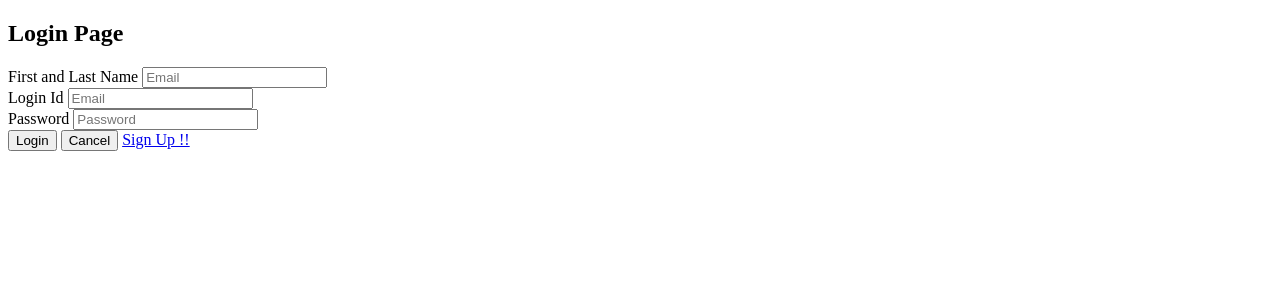
Repository: Niket-mishra/Dummy
Page: http://localhost/Mini-Project/SignUp.jsp
The author's editor kept a copy of each file at every save. The page is drawn from the files as they stood at one save, then again after the next save.
The browser window is 1280 px wide. The pictures show the whole page.
The page is served by Tomcat 10. Other server files are loaded and not shown.

Above is the page before, as saved 2024-05-07 16:24:21.

### Mini-Project/src/main/webapp/SignUp.jsp
<%@ page language="java" contentType="text/html; charset=ISO-8859-1"
    pageEncoding="ISO-8859-1"%>
<!DOCTYPE html>
<html>
<head>
<meta charset="ISO-8859-1">
<title>Customer SignUp</title>
</head>
<body class = "bg-light">
<div class="position-absolute top-50 start-50 translate-middle  p-4 mb-5 rounded shadow-lg bg-white">
<h2 class ="mb-4 fst-italic text-primary">Login Page</h2>
<form action="LoginController">
<div class="input-group mb-3">
  <span class="input-group-text">First and Last Name</span>
  <input type="email" aria-label="text" class="form-control" placeholder="Email" required>
</div>
<div class="input-group mb-3">
  <span class="input-group-text">Login Id</span>
  <input type="email" aria-label="Email" class="form-control" placeholder="Email" required>
</div>

<div class="input-group mb-3">
  <span class="input-group-text">Password</span>
  <input type="password" aria-label="password" class="form-control" placeholder="Password" required>
</div>

<div class="vstack gap-2 col-md-12 mx-auto">
<input type ="submit" value ="Login" class="btn btn-success">
<input type ="reset" value ="Cancel" class = "btn btn-danger">
<a href="#" class = "fst-italic align-bottom d-flex justify-content-end link-success link-offset-2 link-underline-opacity-25 link-underline-opacity-100-hover">Sign Up !!</a>
</div>
</form>
</div>
</body>
</html>

After the next save:
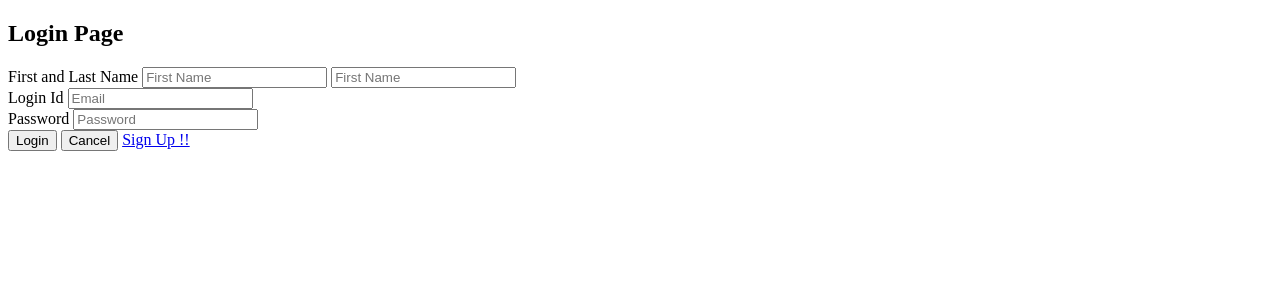
Saved 35 s later.
--- a/Mini-Project/src/main/webapp/SignUp.jsp
+++ b/Mini-Project/src/main/webapp/SignUp.jsp
@@ -12,7 +12,9 @@
 <form action="LoginController">
 <div class="input-group mb-3">
   <span class="input-group-text">First and Last Name</span>
-  <input type="email" aria-label="text" class="form-control" placeholder="Email" required>
+  <input type="text" aria-label="text" class="form-control" placeholder="First Name" required>
+    <input type="text" aria-label="text" class="form-control" placeholder="First Name" required>
+
 </div>
 <div class="input-group mb-3">
   <span class="input-group-text">Login Id</span>
